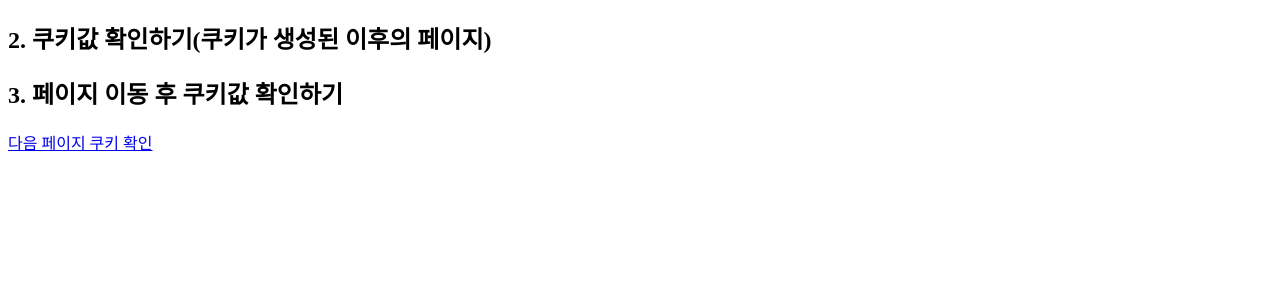
Repository: Jadedvst/Java_JSP-Servlet
Page: http://localhost/MustHaveJSP/04Cookie/CookieResult.jsp
These files come from the project's save history. The page is drawn as it stood at one moment and after the next save; the edit follows.
The browser window is 1280 px wide. The pictures show the whole page.
The page is served by Tomcat 10. Other server files are loaded and not shown.

Above is the page before, as saved 2023-12-13 01:08:50.

### MustHaveJSP/src/main/webapp/04Cookie/CookieResult.jsp
<%@ page language="java" contentType="text/html; charset=UTF-8"
    pageEncoding="UTF-8"%>
<!DOCTYPE html>
<html>
<head>
<meta charset="UTF-8">
<title>CookieResult.jsp</title>
</head>
<body>
	<h2>2. 쿠키값 확인하기(쿠키가 생성된 이후의 페이지)</h2>
	<%
	Cookie[] cookies = request.getCookies(); //요청 헤더의 모든 쿠키
	if(cookies!=null){
		for(int i=0; i<cookies.length;i++){
			String cookieName = cookies[i].getName();
			String cookieValue = cookies[i].getValue();
			out.println(String.format("쿠키명:%s-쿠키값:%s<br/>",cookieName,cookieValue));
		}
	}
	%>

	<h2>3. 페이지 이동 후 쿠키값 확인하기</h2>
	<a href = "CookieResult.jsp">
		다음 페이지 쿠키 확인
	</a>
</body>
</html>

After the next save:
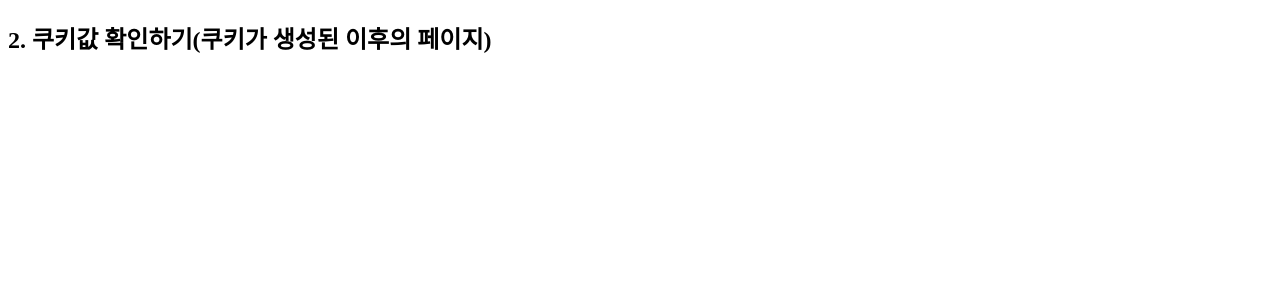
Saved 4 s later.
--- a/MustHaveJSP/src/main/webapp/04Cookie/CookieResult.jsp
+++ b/MustHaveJSP/src/main/webapp/04Cookie/CookieResult.jsp
@@ -18,10 +18,5 @@
 		}
 	}
 	%>
-
-	<h2>3. 페이지 이동 후 쿠키값 확인하기</h2>
-	<a href = "CookieResult.jsp">
-		다음 페이지 쿠키 확인
-	</a>
 </body>
 </html>
